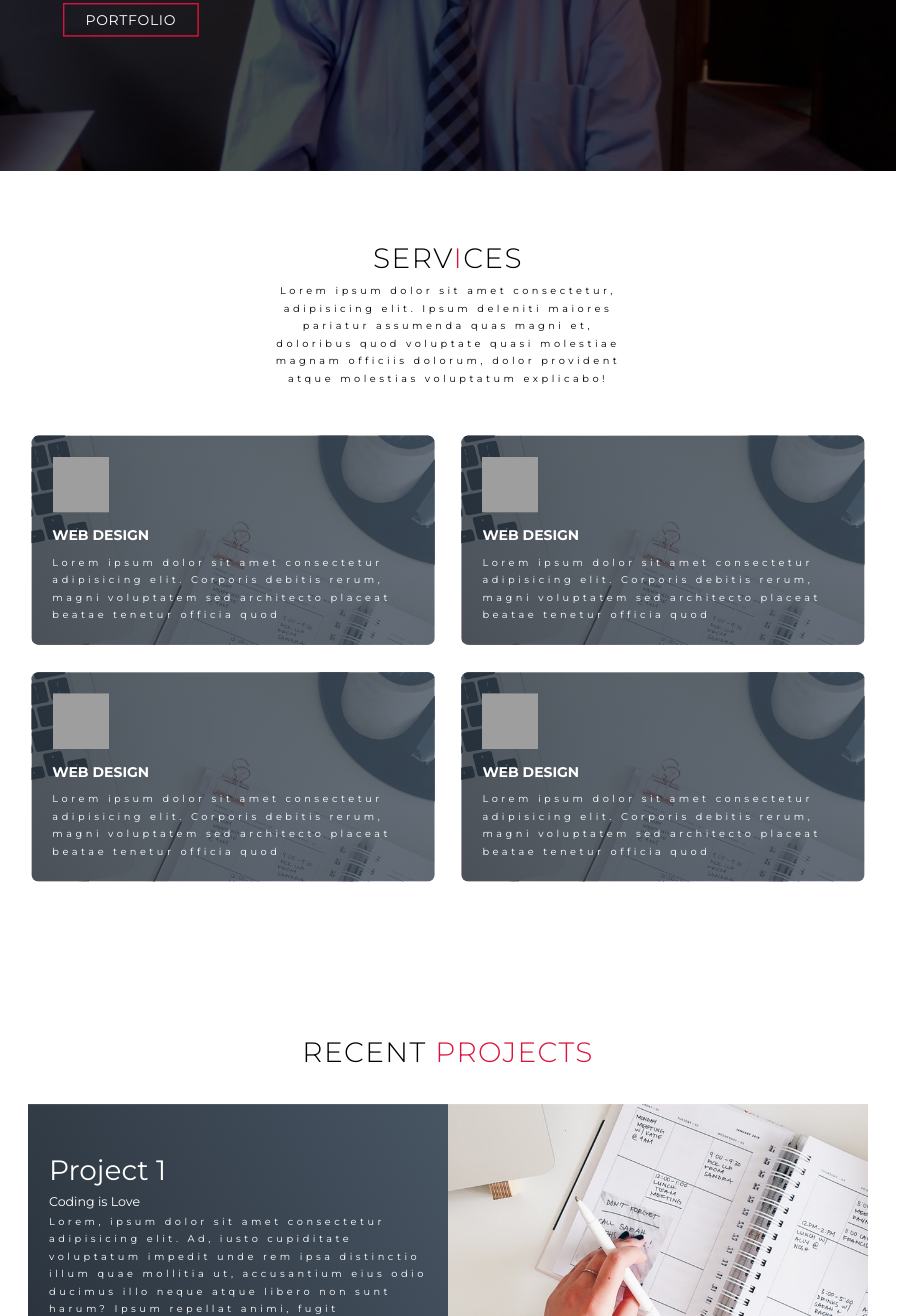
Repository: randysteele/my-portfolio-2023
Page: index.html
An editor plug-in stored every save of this project. The page is shown before and after the next save, followed by the edit.
The browser window is 1280 px wide. The page is 1311 px wide, so the pictures cover 1311 px, including what lies to the right of the window. The pictures show the part of the page from y = 476 to 2356 px (the page is 5855 px tall), at 70% of full size.
Pictures or frames that could not be fetched are drawn as grey boxes.

Above is the page before, as saved 2023-04-23 20:28:42.

### index.html
<!DOCTYPE html>
<html lang="en">
<head>
    <meta charset="UTF-8">
    <meta http-equiv="X-UA-Compatible" content="IE=edge">
    <meta name="viewport" content="width=device-width, initial-scale=1.0">
    <link rel="stylesheet" href="style.css">
    <title>Randy Steele Portfolio</title>
</head>
<body>
    <!-- Hero Section -->
    <section id="hero">
        <div class="hero container">
            <div>
            <h1>Hello, <span></span></h1>
            <h1>My Name Is <span></span></h1>
            <h1>Randy <span></span></h1>
            <a href="#" type="button" class="cta">Portfolio</a>
        </div>
    </div>
    </section>
    <!-- End Hero Section -->

    <!-- Services Section -->
    <section id="services">
        <div class="services container">
          <div class="service-top">
            <h1 class="section-title">Serv<span>i</span>ces</h1>
            <p>Lorem ipsum dolor sit amet consectetur, adipisicing elit. Ipsum deleniti maiores pariatur assumenda quas
              magni et, doloribus quod voluptate quasi molestiae magnam officiis dolorum, dolor provident atque molestias
              voluptatum explicabo!</p>
          </div>
          <div class="service-bottom">
            <div class="service-item">
              <div class="icon"><img src="https://img.icons8.com/bubbles/100/000000/services.png" /></div>
              <h2>Web Design</h2>
              <p>Lorem ipsum dolor sit amet consectetur adipisicing elit. Corporis debitis rerum, magni voluptatem sed
                architecto placeat beatae tenetur officia quod</p>
            </div>
            <div class="service-item">
              <div class="icon"><img src="https://img.icons8.com/bubbles/100/000000/services.png" /></div>
              <h2>Web Design</h2>
              <p>Lorem ipsum dolor sit amet consectetur adipisicing elit. Corporis debitis rerum, magni voluptatem sed
                architecto placeat beatae tenetur officia quod</p>
            </div>
            <div class="service-item">
              <div class="icon"><img src="https://img.icons8.com/bubbles/100/000000/services.png" /></div>
              <h2>Web Design</h2>
              <p>Lorem ipsum dolor sit amet consectetur adipisicing elit. Corporis debitis rerum, magni voluptatem sed
                architecto placeat beatae tenetur officia quod</p>
            </div>
            <div class="service-item">
              <div class="icon"><img src="https://img.icons8.com/bubbles/100/000000/services.png" /></div>
              <h2>Web Design</h2>
              <p>Lorem ipsum dolor sit amet consectetur adipisicing elit. Corporis debitis rerum, magni voluptatem sed
                architecto placeat beatae tenetur officia quod</p>
            </div>
          </div>
        </div>
      </section>
<!-- End Services Section -->

 <!-- Projects Section -->
 <section id="projects">
    <div class="projects container">
      <div class="projects-header">
        <h1 class="section-title">Recent <span>Projects</span></h1>
      </div>
      <div class="all-projects">
        <div class="project-item">
          <div class="project-info">
            <h1>Project 1</h1>
            <h2>Coding is Love</h2>
            <p>Lorem, ipsum dolor sit amet consectetur adipisicing elit. Ad, iusto cupiditate voluptatum impedit unde
              rem ipsa distinctio illum quae mollitia ut, accusantium eius odio ducimus illo neque atque libero non sunt
              harum? Ipsum repellat animi, fugit architecto voluptatum odit et!</p>
          </div>
          <div class="project-img">
            <img src="./img/img-1.png" alt="img">
          </div>
        </div>
        <div class="project-item">
          <div class="project-info">
            <h1>Project 2</h1>
            <h2>Coding is Love</h2>
            <p>Lorem, ipsum dolor sit amet consectetur adipisicing elit. Ad, iusto cupiditate voluptatum impedit unde
              rem ipsa distinctio illum quae mollitia ut, accusantium eius odio ducimus illo neque atque libero non sunt
              harum? Ipsum repellat animi, fugit architecto voluptatum odit et!</p>
          </div>
          <div class="project-img">
            <img src="./img/img-1.png" alt="img">
          </div>
        </div>
        <div class="project-item">
          <div class="project-info">
            <h1>Project 3</h1>
            <h2>Coding is Love</h2>
            <p>Lorem, ipsum dolor sit amet consectetur adipisicing elit. Ad, iusto cupiditate voluptatum impedit unde
              rem ipsa distinctio illum quae mollitia ut, accusantium eius odio ducimus illo neque atque libero non sunt
              harum? Ipsum repellat animi, fugit architecto voluptatum odit et!</p>
          </div>
          <div class="project-img">
            <img src="./img/img-1.png" alt="img">
          </div>
        </div>
        <div class="project-item">
          <div class="project-info">
            <h1>Project 4</h1>
            <h2>Coding is Love</h2>
            <p>Lorem, ipsum dolor sit amet consectetur adipisicing elit. Ad, iusto cupiditate voluptatum impedit unde
              rem ipsa distinctio illum quae mollitia ut, accusantium eius odio ducimus illo neque atque libero non sunt
              harum? Ipsum repellat animi, fugit architecto voluptatum odit et!</p>
          </div>
          <div class="project-img">
            <img src="./img/img-1.png" alt="img">
          </div>
        </div>
        <div class="project-item">
          <div class="project-info">
            <h1>Project 5</h1>
            <h2>Coding is Love</h2>
            <p>Lorem, ipsum dolor sit amet consectetur adipisicing elit. Ad, iusto cupiditate voluptatum impedit unde
              rem ipsa distinctio illum quae mollitia ut, accusantium eius odio ducimus illo neque atque libero non sunt
              harum? Ipsum repellat animi, fugit architecto voluptatum odit et!</p>
          </div>
          <div class="project-img">
            <img src="./img/img-1.png" alt="img">
          </div>
        </div>
      </div>
    </div>
  </section>
  <!-- End Projects Section -->


<!-- End Projects Section -->

<!-- About Section -->

<section id="about">
    <div class="about container">
        <div class="col-left">
            <div class="about-img">
                <img src="./img/about.jpeg" alt="img">
            </div>
        </div>
        <div class="col-right">
            <h1 class="section-title">About <span>me</span></h1>
            <h2>Front End Developer</h2>
            <p>Lorem, ipsum dolor sit amet consectetur adipisicing elit. Ad, iusto cupiditate voluptatum impedit unde
                rem ipsa distinctio illum quae mollitia ut, accusantium eius odio ducimus illo neque atque libero non sunt
                harum? Ipsum repellat animi, fugit architecto voluptatum odit et!</p>
                <a class="cta" href="#">Download Resume</a>
        </div>
    </div>
</section>
<!-- End About Section -->

<!-- Contact Section -->
<section id="contact">
    <div class="contact container">
        <div><h1 class="section-title">Contact <span>info</span></h1></div>
        <div class="contact-items">
            <div class="contact-item">
                <div class="icon"><img src="https://img.icons8.com/external-flatart-icons-flat-flatarticons/64/null/external-phone-contact-us-flatart-icons-flat-flatarticons.png"/></div>
                <div class="contact-info">
                    <h1>Phone:</h1>
                    <h2>513-939-6679</h2>
                    <h2></h2>
                </div>
            </div>
            <div class="contact-item">
                <div class="icon"><img src="https://img.icons8.com/color/48/000000/filled-message.png"/></div>
                <div class="contact-info">
                    <h1></h1>
                    <h2><a href="mailto:steelerx155@gmail.com">Email Me </a></h2><br>
                    <h2></h2>
                </div>
            </div>

            <div class="contact-item">
                <div class="icon"><img src="https://img.icons8.com/external-color-outline-adri-ansyah/64/null/external-property-real-estate-color-outline-adri-ansyah-39.png"/></div>
                <div class="contact-info">
                    <h1>Address:</h1>
                    <h2>Hamilton OH, USA </h2>
                    <h2></h2>
                </div>
            </div>
            <div class="contact-item">
                <div class="icon"><img src="https://img.icons8.com/material-two-tone/24/null/github.png"/></div>
                <div class="contact-info">
                    <h2><a  href="https://github.com/randysteele" target="_blank">Git hub</a></h2>
                    <h2></h2>
                </div>
            </div>


            <div class="contact-item">
                <div class="icon"><img src="https://img.icons8.com/dotty/80/null/linkedin.png"/></div>
                <div class="contact-info">
                    <h2><a href="https://www.linkedin.com/in/randysteele/" target="_blank">LinkedIn</a></h2>
                    <h2></h2>
                </div>
            </div>



        </div>
    </div>
</section>
<!-- End Contact Section -->

<!-- Footer Section -->

<section id="footer">
    <div class="footer container">
        <div class="brand"><h1><span>R</span>andy <span>S</span>teele</h1></div>
        <h2>Your Complete Web Solution</h2>
        <div class="social-icon">
            <div class="social-item">
                <a href="#"><img src="https://img.icons8.com/color/48/null/facebook-new.png"/></a>
            </div>

            <div class="social-item">
                <a href="#"><img src="https://img.icons8.com/fluency/48/null/twitter.png"/></a>
            </div>

            <div class="social-item">
                <a href="#"><img src="https://img.icons8.com/ios-glyphs/30/null/instagram-new.png"/></a>
            </div>

            <div class="social-item">
                <a href="#"><img src="https://img.icons8.com/material-two-tone/24/null/github.png"/></a>
            </div>
        </div>
        <p>Copyright © 2023 Randy Steele. All rights reserved.</p>
    </div>
</section>




<!-- End Footer Section -->

</body>
</html>


<a target="_blank" href="https://icons8.com/icon/53429/home-page">Icons Provided by</a>  <a target="_blank" href="https://icons8.com">Icons8</a>

### style.css
@import url('https://fonts.googleapis.com/css2?family=Montserrat:wght@300;400;700&display=swap');
* {
    padding: 0;
    margin: 0;
    box-sizing: border-box;
}
html {
    font-size: 10px;
    font-family: "Montserrat", "sans-serif";
}
a {
    text-decoration: none;
}
.container {
    min-height: 100vh;
    width: 100%;
    display: flex;
    align-items: center;
    justify-content: center;
}

img{
    height: 100%;
    width: 100%;
    object-fit: cover;
}

p {
    color: black;
    font-size: 1.4rem;
    margin-top: 5px;
    line-height: 2.5rem;
    font-weight: 300px;
    letter-spacing: 0.5rem;
}

.section-title {
    font-size: 4rem;
    font-weight: 300;
    color: black;
    margin-bottom: 10px;
    text-transform: uppercase;
    letter-spacing: .2rem;
    text-align: center;
}

.section-title span {
    color: crimson;
}

.brand h1{
    font-size: 3rem;
    text-transform: uppercase;
    color: white;
}

.brand span{
        color: crimson;
}


/* Hero Section */
#hero {
    background-image: url(./img/me1.jpeg);
    background-size: cover;
    background-position: top center;
    position: relative;
    z-index: 1;
}
#hero::after{
    content: '';
    position: absolute;
    left: 0;
    top: 0;
    height: 100%;
    width: 100%;
    background-color: black;
    opacity: 0.7;
    z-index: -1;
}
#hero .hero{
    max-width: 1200px;
    margin: 0 auto;
    padding: 0 50px;
    justify-content: flex-start;
}
#hero h1{
    display: block;
    width: fit-content;
    font-size: 4rem;
    position: relative;
    color: transparent;
    animation: text_reveal 1s ease forwards;
    animation-delay: 1s
}
#hero h1:nth-child(1){
    animation-delay: 1s;
}
#hero h1:nth-child(2){
    animation-delay: 2s;
}
#hero h1:nth-child(3){
    animation: text_reveal_name .5s ease forwards;
    animation-delay: 3s;
}

.cta {
  display: inline-block;
  padding: 10px 30px;
  color: white;
  background-color: transparent;
  border: 2px solid crimson;
  font-size: 2rem;
  text-transform: uppercase;
  letter-spacing: 0.1rem;
  margin-top: 30px;
  transition: 0.3s ease;
  transition-property: background-color, color;
}
.cta:hover {
    color: white;
    background-color: crimson;
}
#hero h1 span {
    position: absolute;
    top: 0;
    left: 0;
    height: 100%;
    width: 0;
    background-color: crimson;
    animation: text_reveal_box 1s ease;
    animation-delay: .3s;
}

#hero h1:nth-child(1) span {
    animation-delay: 1s;
}
#hero h1:nth-child(2) span {
    animation-delay: 2s;
}

#hero h1:nth-child(3) span {
    animation-delay: 3s;
}

/* End Hero Section */


/* Services Section */

#services .services{
 flex-direction: column;
 text-align: center;
 max-width: 1500px;
 margin: 0 auto;
 padding: 100px 0;
}


#services .service-top p {
    color: black;
    font-size: 1.4rem;
    margin-top: 5px;
    line-height: 2.5rem;
    font-weight: 300px;
    letter-spacing: 0.5rem;
}
#services .service-top{
    width: 500px;
    margin: 0 auto;
}
#services .service-bottom {
    display: flex;
    align-items: center;
    justify-content: center;
    flex-wrap: wrap;
    margin-top: 50px;
}

#services .service-item {
    flex-basis: 80%;
    display: flex;
    align-items: flex-start;
    justify-content: center;
    flex-direction: column;
    padding: 30px;
    border-radius: 10px;
    background-image: url(./img/img-1.png);
    background-size: cover;
    margin: 10px 5%;
    position: relative;
    z-index: 1;
    overflow: hidden;
}

#services .service-item::after {
    content: "";
    position: absolute;
    left: 0;
    top: 0;
    height: 100%;
    width: 100%;
    background-image: linear-gradient(60deg, #29323c 0%, #485563 100%);
    opacity: .8;
    z-index: -1;
}

#services .service-bottom .icon {
  height: 80px;
  width: 80px;
  margin-bottom: 20px;
}

#services .service-item h2 {
    font-size: 2rem;
    color: white;
    margin-bottom: 10px;
    text-transform: uppercase;
}

#services .service-item p{
    color: white;
    text-align: left;
}
/* End Services Section */


/* Projects Section */

#projects .projects{
    flex-direction: column;
    max-width: 1200px;
    margin: 0 auto;
    padding: 100px 0;
}

#projects .projects-header h1{
margin-bottom: 50px;
}

#projects .all-projects {
    display: flex;
    align-items: center;
    justify-content: center;
    flex-direction: column;
}

#projects .project-item {
    display: flex;
    align-items: center;
    justify-content: center;
    flex-direction: column;
    width: 80%;
    margin: 20px auto;
    overflow: hidden;
    border-radius: 10px;

}

#projects .project-info {
    padding: 30px;
    flex-basis: 50%;
    height: 100%;
    display: flex;
    align-items: flex-start;
    justify-content: center;
    flex-direction: column;
    background-image: linear-gradient(60deg, #29323c 0%, #485563 100%);
    color: white;
}
#projects .project-info h1{
    font-size: 4rem;
    font-weight: 500;
}

#projects .project-info h2{
 font-size: 1.8rem;
 font-weight: 500;
 margin-top: 10px;
}

#projects .project-info p {
    color: white;
}

#projects .project-img{
    flex-basis: 50%;
    height: 300px;
    overflow: hidden;
}
#projects .project-img:after {
    content: '';
    position: absolute;
    left: 0;
    top: 0;
    height: 100%;
    width: 100%;
    background-image: linear-gradient(60deg, #29323c 0%, #485563 100%);
    opacity: .7;
}
#projects .project-img img {
    transition: .3s ease transform;
}
#projects .project-item:hover .project-img img {
    transform: scale(1.1);
}
/* End Projects Section */

/* About Section */
#about .about {
    flex-direction: column-reverse;
    text-align: center;
    max-width: 1200px;
    margin: 0 auto;
    padding: 100px 20px;
}
#about .col-left{
   width: 250px;
   height: 360px;
}

#about .col-right{
    width: 100%;
}

#about .col-right h2{
    font-size: 1.8rem;
    font-weight: 500;
    letter-spacing: .2rem;
    margin-bottom: 10px;
}

#about .col-right p{
    margin-bottom: 20px;
}

#about .col-right .cta{
    color: black;
    margin-bottom: 50px;
    padding: 10px 20px;
    font-size: 2rem;
}
#about .col-left .about-img {
    position: relative;
}

#about .col-left .about-img::after {
    content: "";
    position: absolute;
    left: -33px;
    top: 19px;
    height: 98%;
    width: 98%;
    border: 7px solid crimson;
    z-index: -1;
}
/* End About Section */

/* Contact Section */

#contact .contact {
    flex-direction: column;
    max-width: 1200px;
    margin: 0 auto;
}

#contact .contact-items{
    width: 400px;
}

#contact .contact-item{
    width: 80%;
    padding: 20px;
    text-align: center;
    border-radius: 10px;
    margin: 30px;
    display: flex;
    justify-content: center;
    align-items: center;
    flex-direction: column;
    box-shadow: 0px 0px 18px 0px #0000002c;
}

#contact .icon{
    width: 70px;
    margin: 0 auto;
    margin-bottom: 10px;
}

#contact .info h1{
    font-size: 2.5rem;
    font-weight: 500;
    margin-bottom: 5px;
}

#contact .info h1{
    font-size: 1.3rem;
    line-height: 2rem;
    font-weight: 50;
}

#contact .contact-item:hover {
    box-shadow: 0px 0px 5px 0 #0000002c;
    transition: .3x ease box-shadow;
}
/* End Contact Section */

/* Footer Section */

#footer {
    background-image: linear-gradient(60deg, #29323c 0%, #485563 100%);
}

#footer .footer{
  min-height: 200px;
  flex-direction: column;
  padding-top: 50px;
  padding-bottom: 10px;
}

#footer h2 {
    color: white;
    font-weight: 500;
    font-size: 1.8rem;
    letter-spacing: .1rem;
    margin-top: 10px;
    margin-bottom: 10px;
}

#footer .social-icon{
    display: flex;
    margin-bottom: 30px;
}

#footer .social-item{
    height: 50px;
    width: 50px;
    margin: 0 5px;
}

#footer .social-item img{
    filter: grayscale(1);
    transition: .3s ease filter;
}

#footer .social-item:hover img{
    filter: grayscale(0)
}

#footer p{
    color: white;
    font-size: 1.3rem;
}

/* End Footer Section */

/* Keyframes */

@keyframes text_reveal_box {
    50%{
        width: 100%;
        left: 0;
    }
    100%{
        width: 0;
        left: 100%;
    }
}

@keyframes text_reveal{
    100%{
        color: white;

    }
}
@keyframes text_reveal_name{
    100%{
        color: crimson;
        font-weight: 500px;
    }
}

/* End Keyframes  */

/* Media Query For Tablet */
@media only screen and(min-width: 768px){
.cta{
    font-size: 2.5rem;
    padding: 20px 60px;
    }
    h1.section-title{
        font-size: 7rem;
    }
}
/* Hero */
#hero h1{
    font-size: 7rem;
}
/* End Hero */

/* Service Section */
#services .service-bottom .service-item{
    flex-basis: 45%;
    margin: 1.5%;
}
/* End Service Section */

/* Project Section */
#projects .project-item{
    flex-direction: row;
}

#projects .project-item{
    height: 400px;
    margin: 0;
    width: 100%;
    border-radius: 0;
}
#projects .all-projects .project-info{
    height: 100%;
}
#projects .all-projects .project-img{
    height: 100%;
}

#projects .project-item:nth-child(even) {
    flex-direction: row-reverse;
}
/* End Project Section */

/* About Section */
#about .about{
    flex-direction: row;
}

#about .col-left{
    width: 600px;
    height: 400px;
    padding-left: 60px;
}

#about .about .col-left .about-img::After {
    left: -45px;
    top: 34px;
    height: 98%;
    width: 98%;
    border: 10px solid crimson;
}
#about .col-right {
    text-align: left;
    padding: 30px;
}
#about .col-right h1{
    text-align: left;
}
/* End About Section */


/* Contact Section */
#contact .contact{
    flex-direction: column;
    padding: 100px 0;
    align-items: center;
    justify-content: center;
    min-width: 20vh;
}
#contact .contact-items{
    width: 100%;
    display: flex;
    flex-direction: row;
    padding: 20px;
    margin: 0;
}
#contact .contact-item{
    margin: 20px;
    flex-direction: row;
}
#contact .contact-item .icon{
    height: 100px;
    width: 100px;
}
#contact .contact-item .icon img{
    object-fit: contain;
}
#contact .contact-item .contact-info{
    width: 100%;
    text-align: left;
    padding-left: 20px;
}
/* End Media Query For Tablet */

/* Media Query for Desktop */
@media only screen and(min-width: 1200px){
#services .service-bottom .service-item{
    flex-basis: 22%;
    margin: 1.5%;
    }
}



/* End Media Query for Desktop */

After the next save:
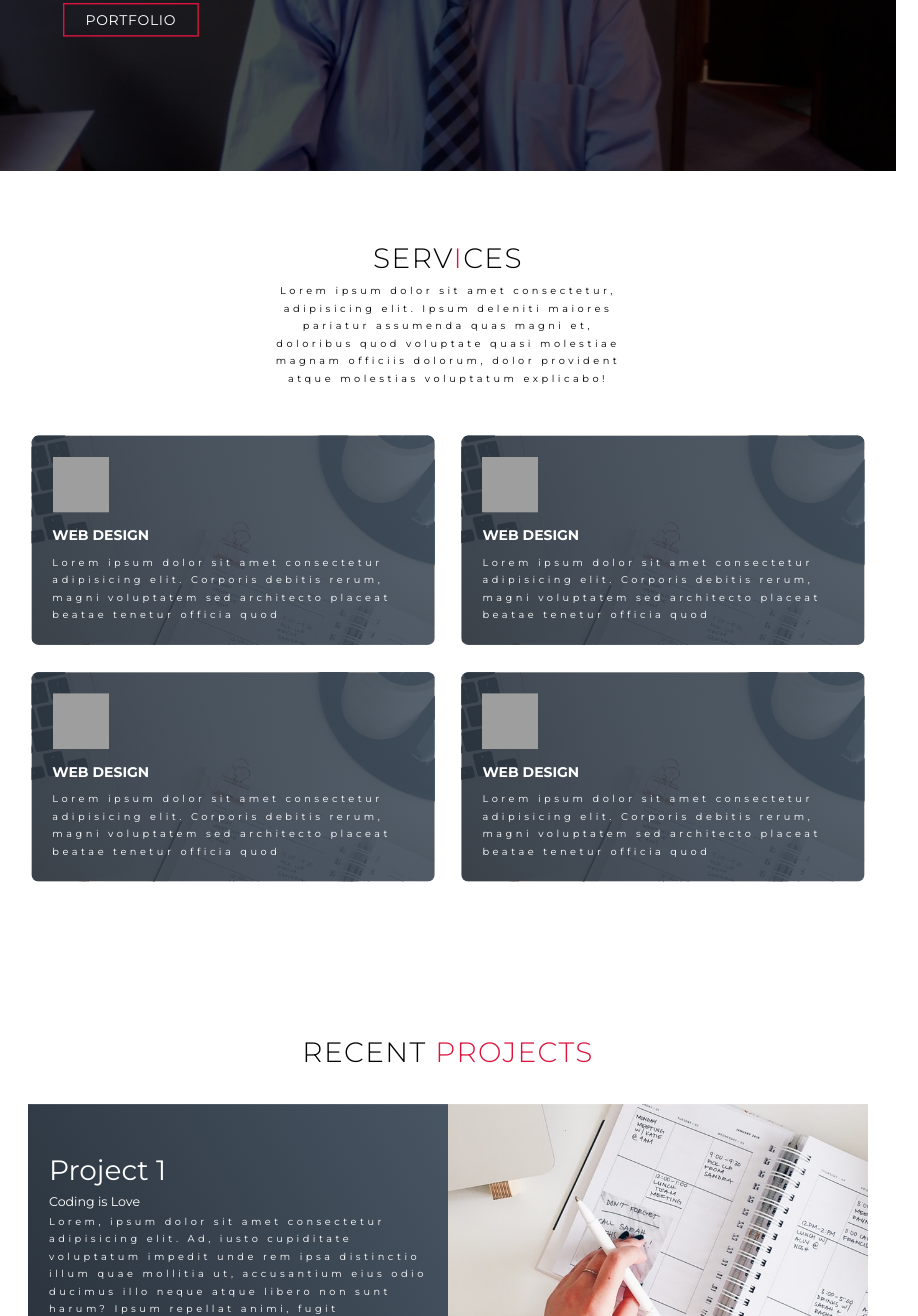
Saved 42 s later.
--- a/style.css
+++ b/style.css
@@ -201,7 +201,7 @@ p {
     height: 100%;
     width: 100%;
     background-image: linear-gradient(60deg, #29323c 0%, #485563 100%);
-    opacity: .8;
+    opacity: .9;
     z-index: -1;
 }
 
